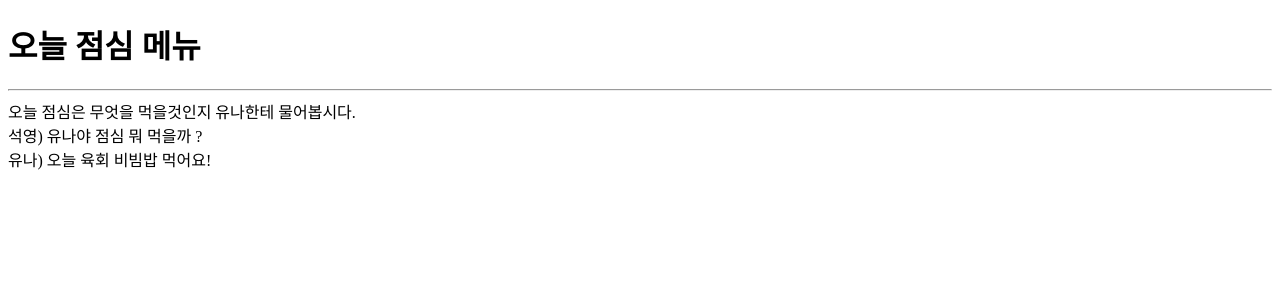
Repository: donggunjang/KOSTA_FE
Page: day0703/src/main/webapp/ex03.html
An editor plug-in stored every save of this project. The page is shown before and after the next save, followed by the edit.
The browser window is 1280 px wide. The pictures show the whole page.

Above is the page before, as saved 2024-07-03 02:39:21.

After the next save:
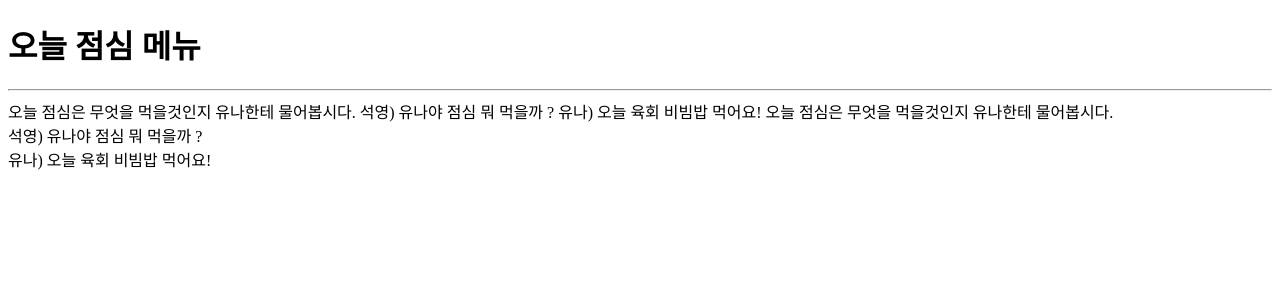
Saved 31 s later.
--- a/day0703/src/main/webapp/ex03.html
+++ b/day0703/src/main/webapp/ex03.html
@@ -7,6 +7,10 @@
 <body>
 	<h1>오늘 점심 메뉴</h1>
 	<hr>
+	오늘 점심은 무엇을 먹을것인지 유나한테 물어봅시다.
+	석영) 유나야 점심 뭐 먹을까 ?
+	유나) 오늘 육회 비빔밥 먹어요!
+
 	오늘 점심은 무엇을 먹을것인지 유나한테 물어봅시다.<br>
 	석영) 유나야 점심 뭐 먹을까 ? <br>
 	유나) 오늘 육회 비빔밥 먹어요! <br>
